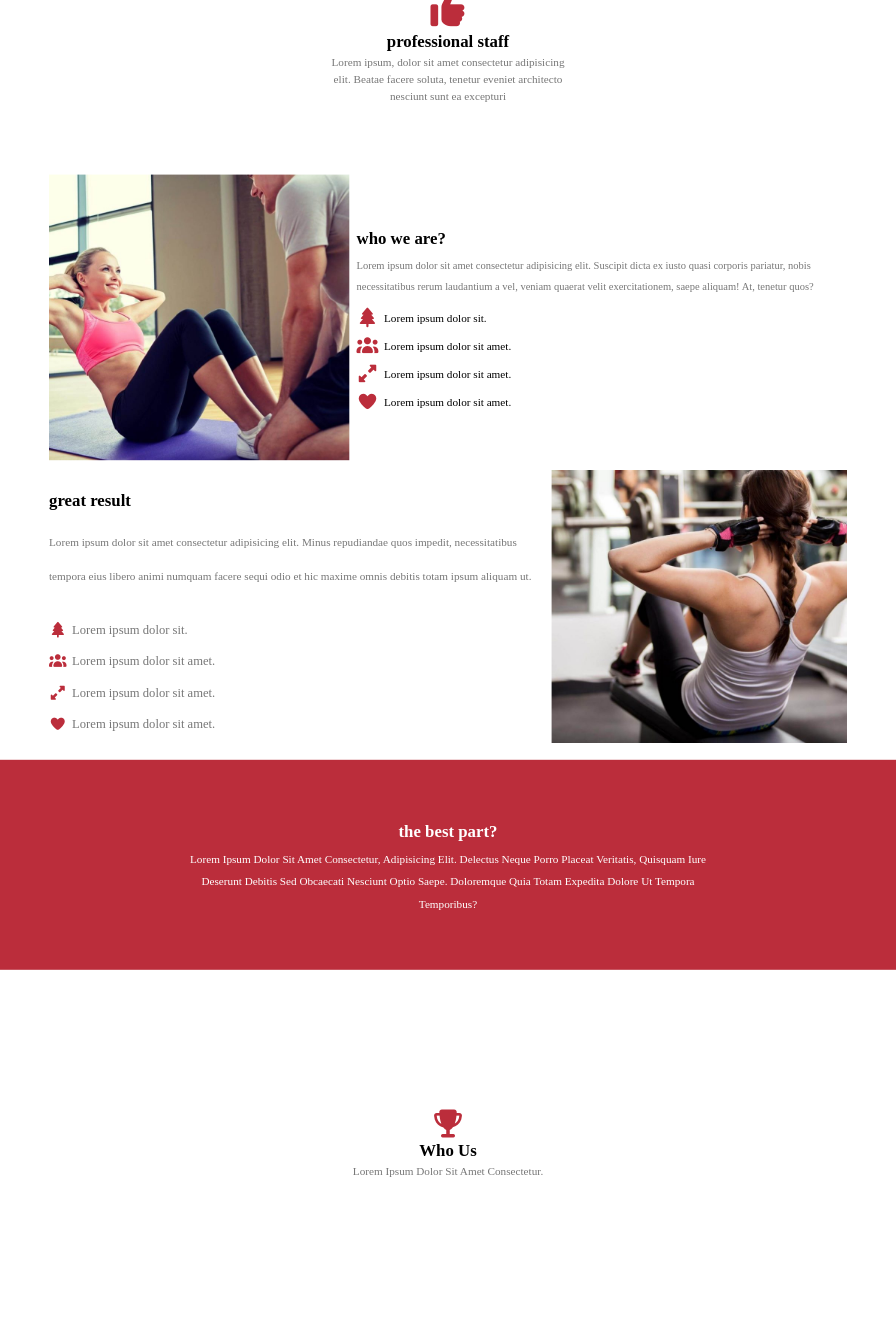
Repository: mohamedelbahrawy804-crypto/Nti-Task-fitness
Page: index.html
These files come from the project's save history. The page is drawn as it stood at one moment and after a run of saves; the edit follows.
The browser window is 1280 px wide. The pictures show the part of the page from y = 988 to 2908 px (the page is 5822 px tall before and 5889 px after), at 70% of full size.

Above is the page before, as saved 2025-12-01 19:17:40.

After the next 2 saves:
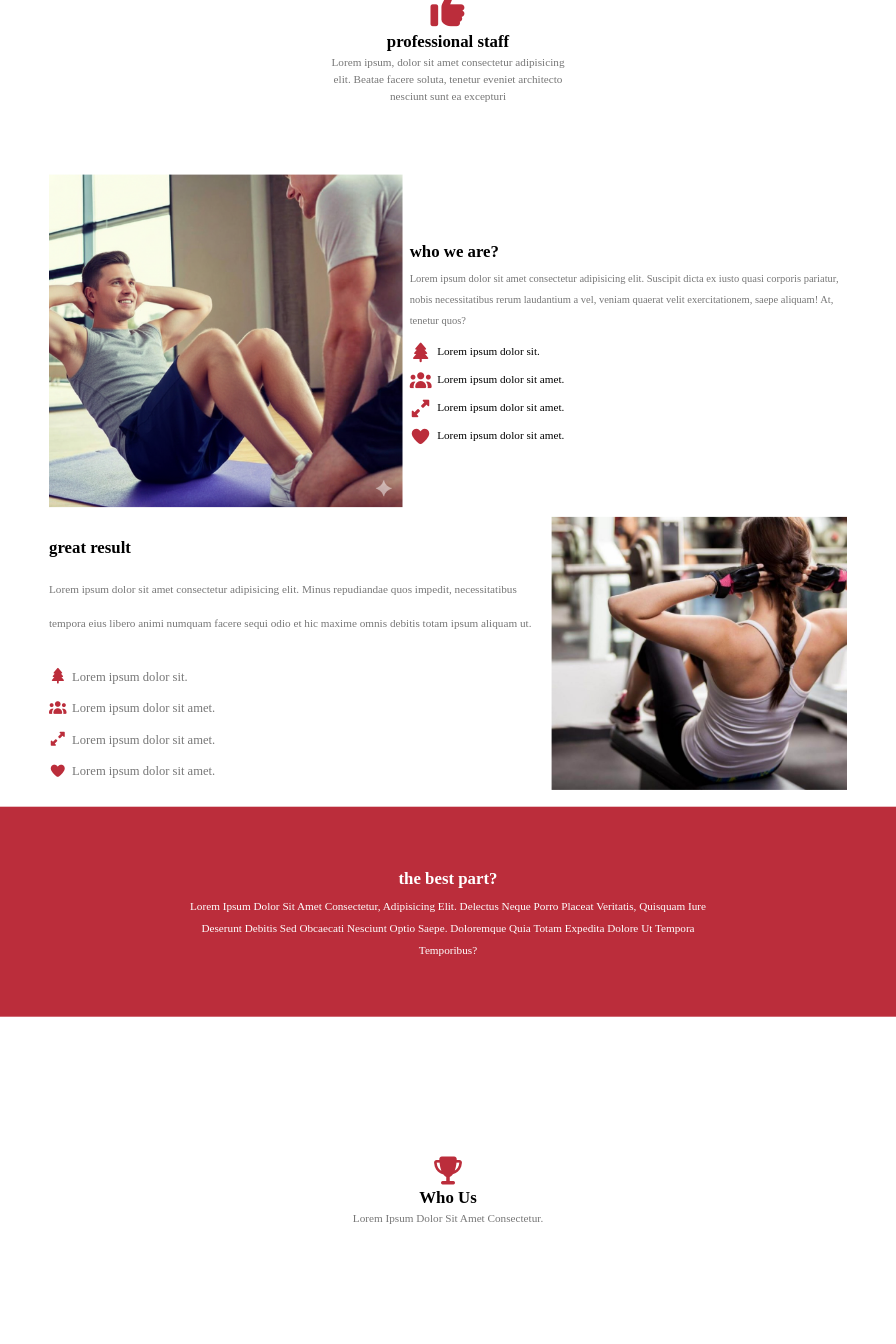
The 2 saves are shown as one change because they came seconds apart.
The last was saved 3 min 6 s later.
--- a/index.html
+++ b/index.html
@@ -83,7 +83,7 @@
       <section class="about-ours container">
         <div class="image">
           <img
-            src="images/square-9-800x760.jpg"
+            src="images/square-1.png"
             alt="A woman is training with A man"
           />
         </div>
